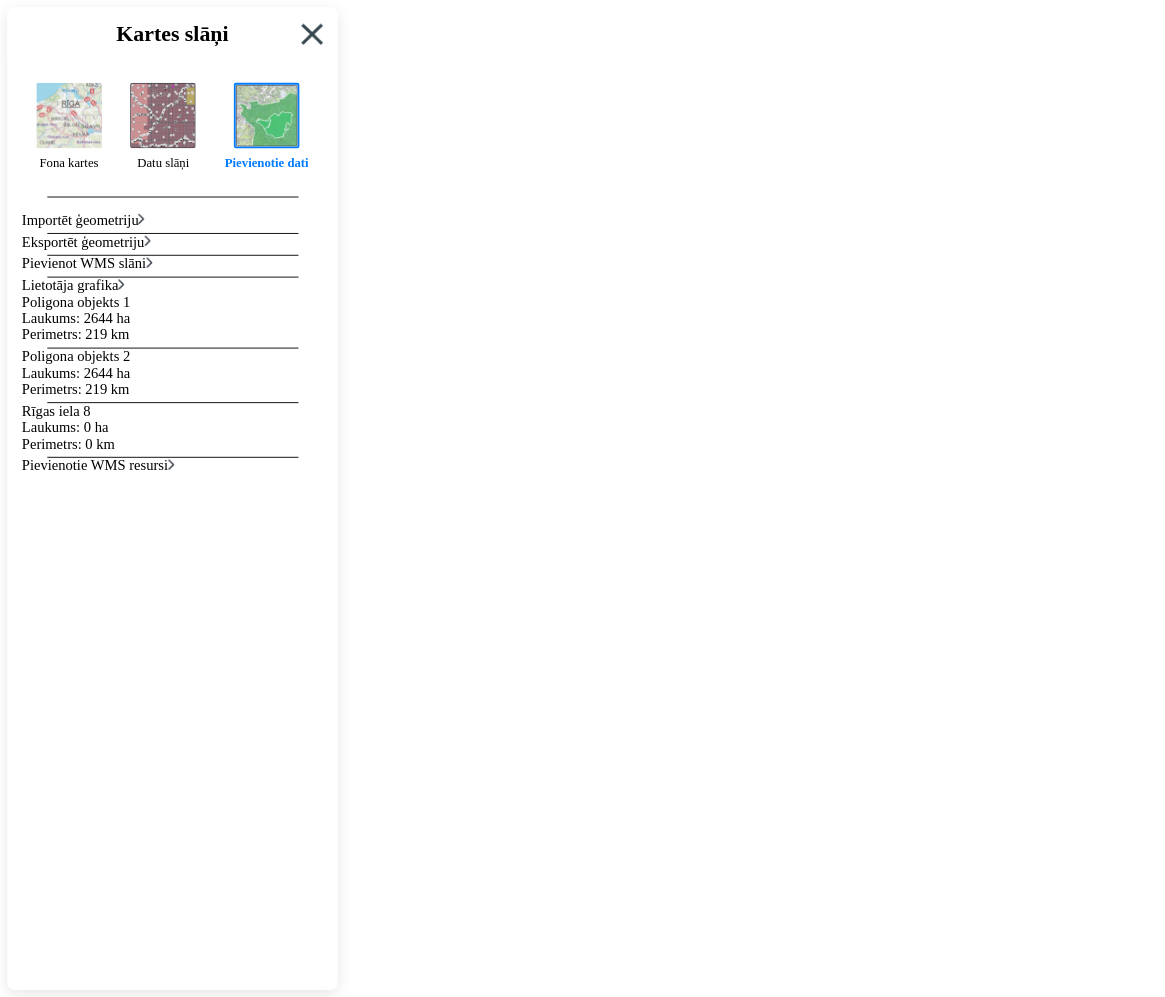
Repository: Kringelis/KP_kar-usl-i
Page: /, after clicking the first element matching `div.sidebar-tabs > :nth-child(3)`
The author's editor kept a copy of each file at every save. The page is drawn from the files as they stood at one save, then again after the next save.
The browser window is 1280 px wide. The pictures show the whole page, at 91% of full size.
The project was rebuilt for these pictures with package versions that can differ from the ones it lists, and the page was loaded fresh each time. Also part of the build but not shown: src/components/FonaKartes.scss, src/components/DatuSlani.scss, src/components/DatuSlani.jsx, src/App.scss.

Above is the page before, as saved 2024-06-17 09:52:19.

After the next save:
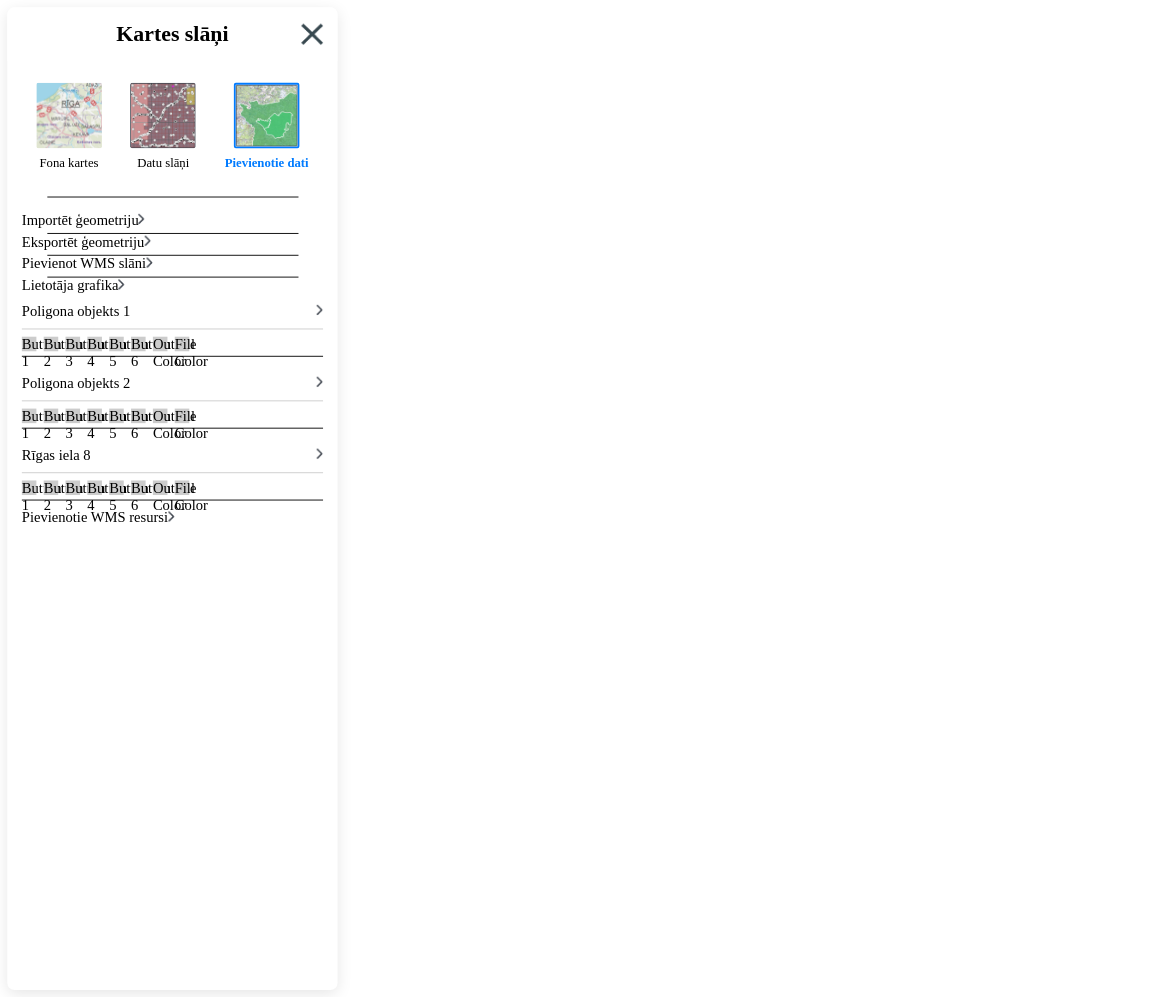
Saved 101 s later.
--- a/src/components/PievienotieDati.jsx
+++ b/src/components/PievienotieDati.jsx
@@ -14,31 +14,54 @@
     {
       id: 1,
       name: "Poligona objekts 1",
+      type: "polygon",
       area: 2644,
       perimeter: 219,
+      coordinates: null,
       outlineColor: "#000000",
       fillColor: "#00762C",
+      showColors: false, // To track if color blocks are visible
     },
     {
       id: 2,
       name: "Poligona objekts 2",
+      type: "polygon",
       area: 2644,
       perimeter: 219,
+      coordinates: null,
       outlineColor: "#000000",
       fillColor: "#00762C",
+      showColors: false,
     },
     {
       id: 3,
       name: "Rīgas iela 8",
-      area: 0,
-      perimeter: 0,
+      type: "point",
+      area: null,
+      perimeter: null,
+      coordinates: [56.946, 24.105],
       outlineColor: "#000000",
       fillColor: "#00762C",
+      showColors: false,
     },
   ]);
 
   const toggleSection = (setFunction) => {
     setFunction((prevState) => !prevState);
+  };
+
+  const toggleColorSelection = (id) => {
+    const updatedGraphics = userGraphics.map((item) =>
+      item.id === id ? { ...item, showColors: !item.showColors } : item
+    );
+    setUserGraphics(updatedGraphics);
+  };
+
+  const handleColorChange = (id, type, color) => {
+    const updatedGraphics = userGraphics.map((item) =>
+      item.id === id ? { ...item, [type]: color } : item
+    );
+    setUserGraphics(updatedGraphics);
   };
 
   return (
@@ -101,26 +124,110 @@
       {isUserGraphicsOpen && (
         <div className="sub-section">
           {userGraphics.map((item) => (
-            <div key={item.id} className="toggle-item">
-              <div className="item-info">
-                <span>{item.name}</span>
-                <div className="info">
-                  <div>Laukums: {item.area} ha</div>
-                  <div>Perimetrs: {item.perimeter} km</div>
-                </div>
+            <div key={item.id} className="graphic-item">
+              <div
+                className="section-title"
+                onClick={() => toggleSection(item.id)}
+              >
+                {item.name}
+                <span
+                  className={`accordion-icon ${item.showColors ? "open" : ""}`}
+                >
+                  <img className="accordion-icon" src={Arrow} alt="V" />
+                </span>
               </div>
-              <div className="icons">
-                <span
-                  className="color-block"
-                  style={{ backgroundColor: item.outlineColor }}
-                ></span>
-                <span
-                  className="color-block"
-                  style={{ backgroundColor: item.fillColor }}
-                ></span>
-                {/* Add other color blocks similarly */}
+              {item.showColors && (
+                <div className="color-selection">
+                  <div className="color-row">
+                    <span
+                      className="color-block"
+                      style={{ backgroundColor: "#FF0000" }}
+                      onClick={() =>
+                        handleColorChange(item.id, "outlineColor", "#FF0000")
+                      }
+                    ></span>
+                    <span
+                      className="color-block"
+                      style={{ backgroundColor: "#FFFF00" }}
+                      onClick={() =>
+                        handleColorChange(item.id, "outlineColor", "#FFFF00")
+                      }
+                    ></span>
+                    <span
+                      className="color-block"
+                      style={{ backgroundColor: "#FFA500" }}
+                      onClick={() =>
+                        handleColorChange(item.id, "outlineColor", "#FFA500")
+                      }
+                    ></span>
+                    <span
+                      className="color-block"
+                      style={{ backgroundColor: "#00FF00" }}
+                      onClick={() =>
+                        handleColorChange(item.id, "outlineColor", "#00FF00")
+                      }
+                    ></span>
+                    <span
+                      className="color-block"
+                      style={{ backgroundColor: "#00FFFF" }}
+                      onClick={() =>
+                        handleColorChange(item.id, "outlineColor", "#00FFFF")
+                      }
+                    ></span>
+                    <span
+                      className="color-block"
+                      style={{ backgroundColor: "#0000FF" }}
+                      onClick={() =>
+                        handleColorChange(item.id, "outlineColor", "#0000FF")
+                      }
+                    ></span>
+                    <span
+                      className="color-block"
+                      style={{ backgroundColor: "#FF00FF" }}
+                      onClick={() =>
+                        handleColorChange(item.id, "outlineColor", "#FF00FF")
+                      }
+                    ></span>
+                  </div>
+                  <div className="color-row">
+                    <span
+                      className="color-block"
+                      style={{ backgroundColor: "#FFC0CB" }}
+                      onClick={() =>
+                        handleColorChange(item.id, "outlineColor", "#FFC0CB")
+                      }
+                    ></span>
+                    <span
+                      className="color-block"
+                      style={{ backgroundColor: "#000000" }}
+                      onClick={() =>
+                        handleColorChange(item.id, "outlineColor", "#000000")
+                      }
+                    ></span>
+                  </div>
+                </div>
+              )}
+              <div className="button-row">
+                <div className="button">Button 1</div>
+                <div className="button">Button 2</div>
+                <div className="button">Button 3</div>
+                <div className="button">Button 4</div>
+                <div className="button">Button 5</div>
+                <div className="button">Button 6</div>
+                <div
+                  className="button"
+                  onClick={() => toggleColorSelection(item.id)}
+                >
+                  Outline Color
+                </div>
+                <div
+                  className="button"
+                  onClick={() => toggleColorSelection(item.id)}
+                >
+                  Fill Color
+                </div>
               </div>
-              <div className="dividing-line"></div> {/* Add dividing line */}
+              <div className="dividing-line"></div>
             </div>
           ))}
         </div>

After the save that followed:
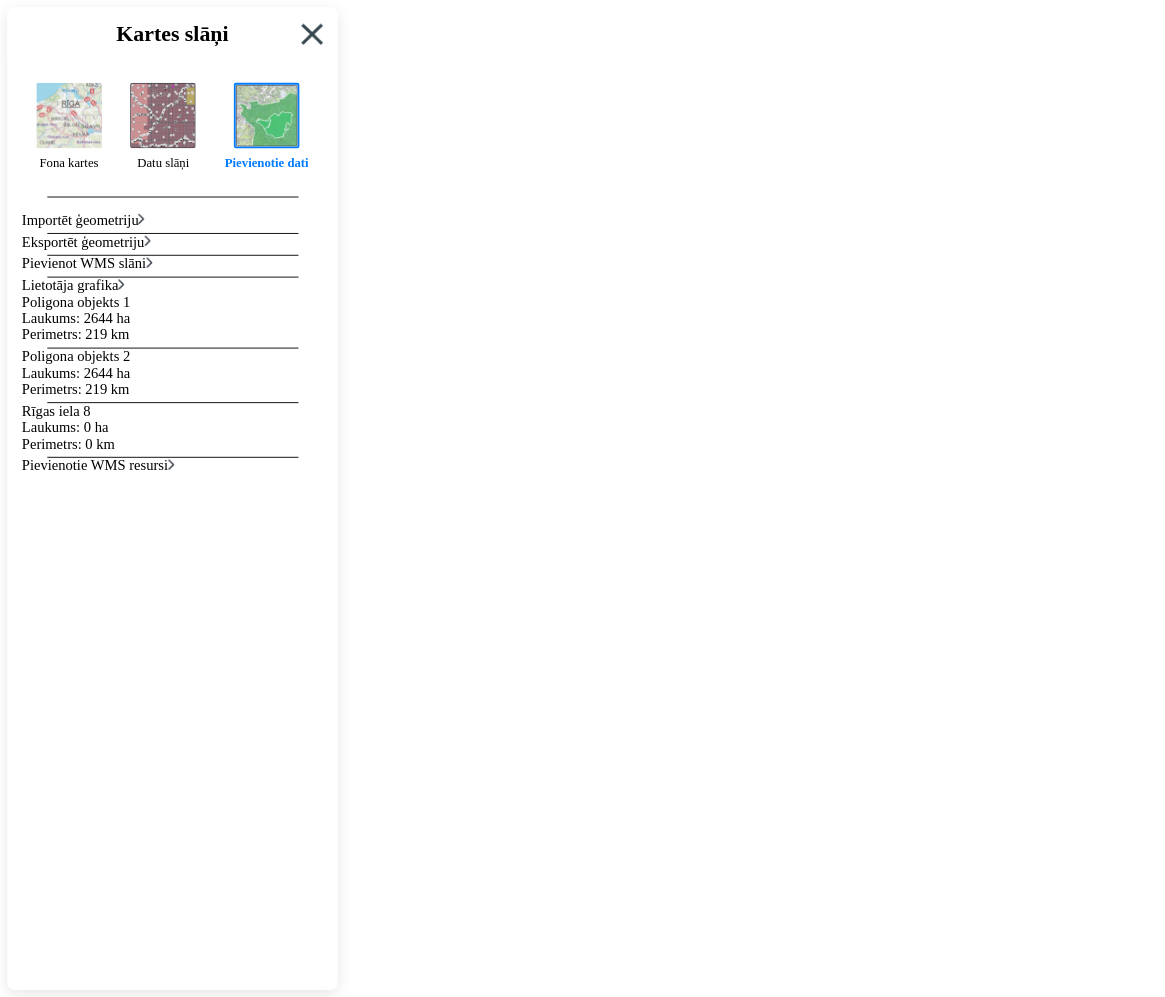
Saved 108 s later.
--- a/src/components/PievienotieDati.jsx
+++ b/src/components/PievienotieDati.jsx
@@ -14,54 +14,31 @@
     {
       id: 1,
       name: "Poligona objekts 1",
-      type: "polygon",
       area: 2644,
       perimeter: 219,
-      coordinates: null,
       outlineColor: "#000000",
       fillColor: "#00762C",
-      showColors: false, // To track if color blocks are visible
     },
     {
       id: 2,
       name: "Poligona objekts 2",
-      type: "polygon",
       area: 2644,
       perimeter: 219,
-      coordinates: null,
       outlineColor: "#000000",
       fillColor: "#00762C",
-      showColors: false,
     },
     {
       id: 3,
       name: "Rīgas iela 8",
-      type: "point",
-      area: null,
-      perimeter: null,
-      coordinates: [56.946, 24.105],
+      area: 0,
+      perimeter: 0,
       outlineColor: "#000000",
       fillColor: "#00762C",
-      showColors: false,
     },
   ]);
 
   const toggleSection = (setFunction) => {
     setFunction((prevState) => !prevState);
-  };
-
-  const toggleColorSelection = (id) => {
-    const updatedGraphics = userGraphics.map((item) =>
-      item.id === id ? { ...item, showColors: !item.showColors } : item
-    );
-    setUserGraphics(updatedGraphics);
-  };
-
-  const handleColorChange = (id, type, color) => {
-    const updatedGraphics = userGraphics.map((item) =>
-      item.id === id ? { ...item, [type]: color } : item
-    );
-    setUserGraphics(updatedGraphics);
   };
 
   return (
@@ -124,110 +101,26 @@
       {isUserGraphicsOpen && (
         <div className="sub-section">
           {userGraphics.map((item) => (
-            <div key={item.id} className="graphic-item">
-              <div
-                className="section-title"
-                onClick={() => toggleSection(item.id)}
-              >
-                {item.name}
-                <span
-                  className={`accordion-icon ${item.showColors ? "open" : ""}`}
-                >
-                  <img className="accordion-icon" src={Arrow} alt="V" />
-                </span>
-              </div>
-              {item.showColors && (
-                <div className="color-selection">
-                  <div className="color-row">
-                    <span
-                      className="color-block"
-                      style={{ backgroundColor: "#FF0000" }}
-                      onClick={() =>
-                        handleColorChange(item.id, "outlineColor", "#FF0000")
-                      }
-                    ></span>
-                    <span
-                      className="color-block"
-                      style={{ backgroundColor: "#FFFF00" }}
-                      onClick={() =>
-                        handleColorChange(item.id, "outlineColor", "#FFFF00")
-                      }
-                    ></span>
-                    <span
-                      className="color-block"
-                      style={{ backgroundColor: "#FFA500" }}
-                      onClick={() =>
-                        handleColorChange(item.id, "outlineColor", "#FFA500")
-                      }
-                    ></span>
-                    <span
-                      className="color-block"
-                      style={{ backgroundColor: "#00FF00" }}
-                      onClick={() =>
-                        handleColorChange(item.id, "outlineColor", "#00FF00")
-                      }
-                    ></span>
-                    <span
-                      className="color-block"
-                      style={{ backgroundColor: "#00FFFF" }}
-                      onClick={() =>
-                        handleColorChange(item.id, "outlineColor", "#00FFFF")
-                      }
-                    ></span>
-                    <span
-                      className="color-block"
-                      style={{ backgroundColor: "#0000FF" }}
-                      onClick={() =>
-                        handleColorChange(item.id, "outlineColor", "#0000FF")
-                      }
-                    ></span>
-                    <span
-                      className="color-block"
-                      style={{ backgroundColor: "#FF00FF" }}
-                      onClick={() =>
-                        handleColorChange(item.id, "outlineColor", "#FF00FF")
-                      }
-                    ></span>
-                  </div>
-                  <div className="color-row">
-                    <span
-                      className="color-block"
-                      style={{ backgroundColor: "#FFC0CB" }}
-                      onClick={() =>
-                        handleColorChange(item.id, "outlineColor", "#FFC0CB")
-                      }
-                    ></span>
-                    <span
-                      className="color-block"
-                      style={{ backgroundColor: "#000000" }}
-                      onClick={() =>
-                        handleColorChange(item.id, "outlineColor", "#000000")
-                      }
-                    ></span>
-                  </div>
-                </div>
-              )}
-              <div className="button-row">
-                <div className="button">Button 1</div>
-                <div className="button">Button 2</div>
-                <div className="button">Button 3</div>
-                <div className="button">Button 4</div>
-                <div className="button">Button 5</div>
-                <div className="button">Button 6</div>
-                <div
-                  className="button"
-                  onClick={() => toggleColorSelection(item.id)}
-                >
-                  Outline Color
-                </div>
-                <div
-                  className="button"
-                  onClick={() => toggleColorSelection(item.id)}
-                >
-                  Fill Color
+            <div key={item.id} className="toggle-item">
+              <div className="item-info">
+                <span>{item.name}</span>
+                <div className="info">
+                  <div>Laukums: {item.area} ha</div>
+                  <div>Perimetrs: {item.perimeter} km</div>
                 </div>
               </div>
-              <div className="dividing-line"></div>
+              <div className="icons">
+                <span
+                  className="color-block"
+                  style={{ backgroundColor: item.outlineColor }}
+                ></span>
+                <span
+                  className="color-block"
+                  style={{ backgroundColor: item.fillColor }}
+                ></span>
+                {/* Add other color blocks similarly */}
+              </div>
+              <div className="dividing-line"></div> {/* Add dividing line */}
             </div>
           ))}
         </div>
